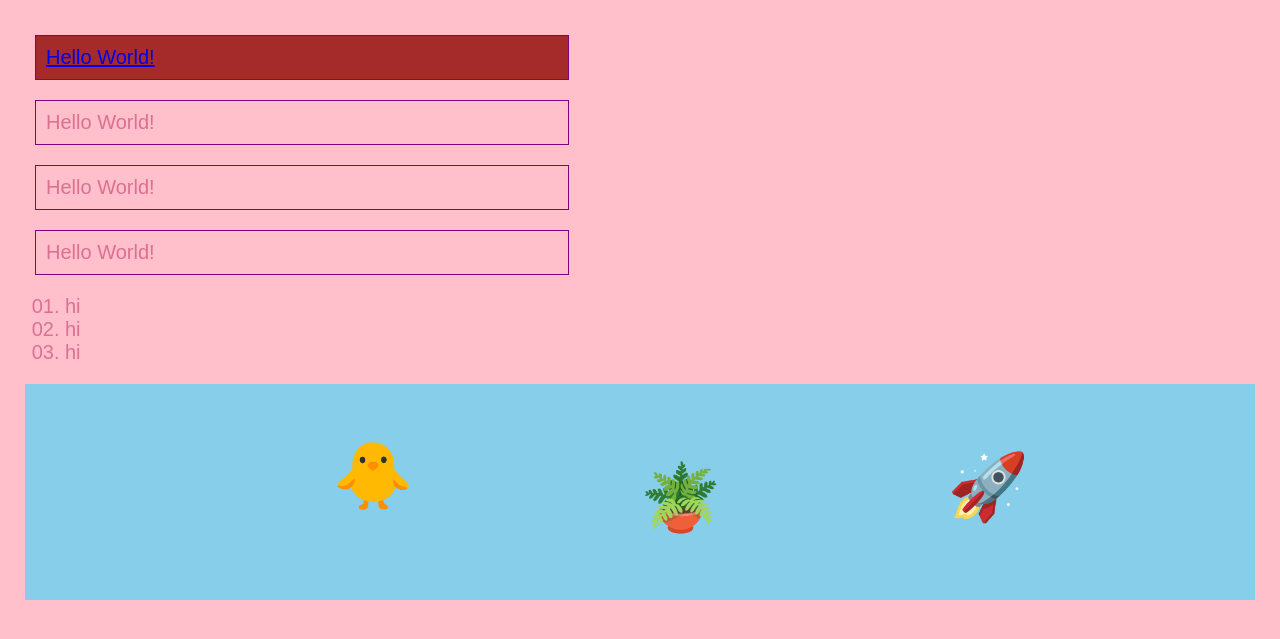
Repository: j1s00jang/MDIA-2109
Page: index2.html
An editor plug-in stored every save of this project. The page is shown before and after the next save, followed by the edit.
The browser window is 1280 px wide. The pictures show the whole page.

Above is the page before, as saved 2025-02-24 10:13:02.

After the next save:
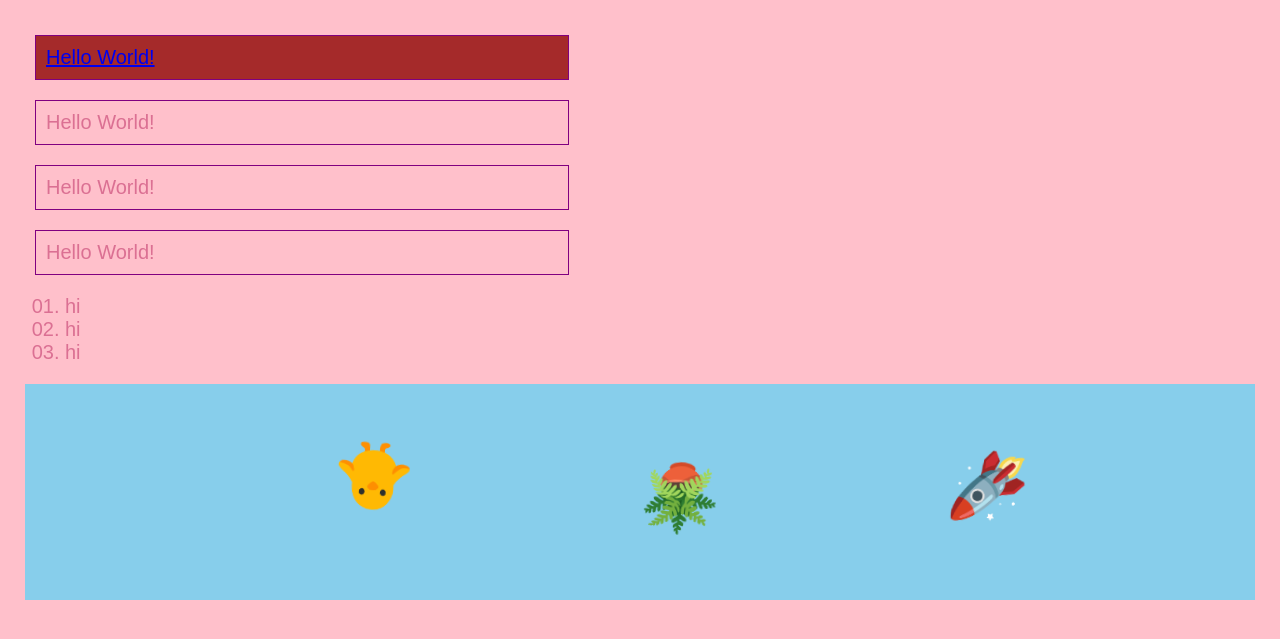
Saved 7 min 30 s later.
--- a/css/style.css
+++ b/css/style.css
@@ -111,11 +111,17 @@ ul {
 
 .css__spinner {
     position: absolute;
+    animation-name: makeItSpin;
+    animation-duration: 3s;
+    animation-timing-function: ease-in;
+    animation-delay: 0s;
+    animation-iteration-count: infinite;
 }
 
 .spin { left: 25%; top: 25%; }
 .moreSpin { left: 50%; top: 35%; }
 .mostSpin { left: 75%; top: 30%; }
+
 
 
 @keyframes makeItSpin {
